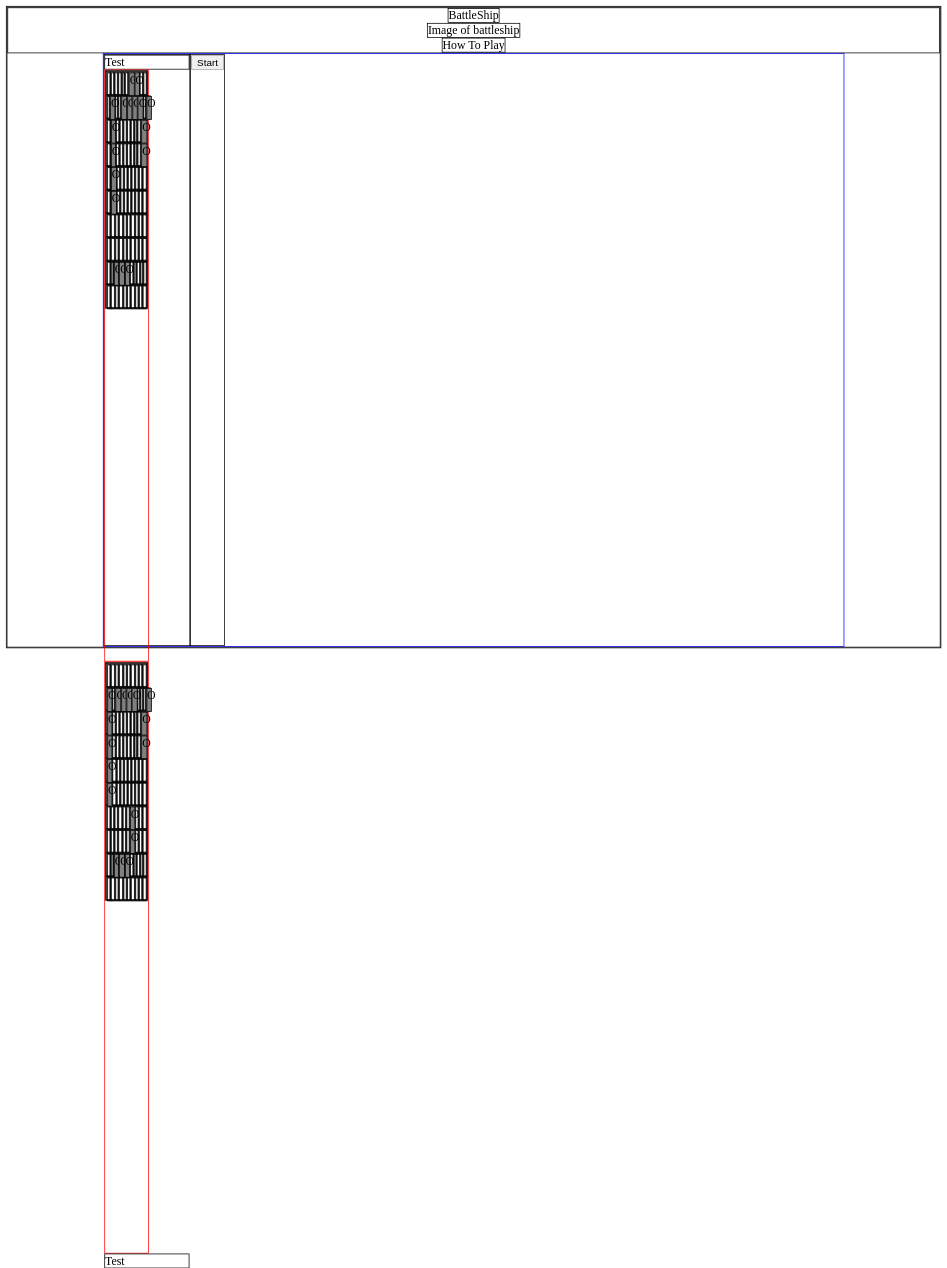
Repository: J-Haze/BattleshipApp
Page: /
An editor plug-in stored every save of this project. The page is shown before and after the next save, followed by the edit.
The browser window is 1280 px wide. The pictures show the whole page, at 74% of full size.
The project was rebuilt for these pictures with package versions that can differ from the ones it lists, and the page was loaded fresh each time. Also part of the build but not shown: src/index.css.

Above is the page before, as saved 2020-09-23 07:44:28.

After the next save:
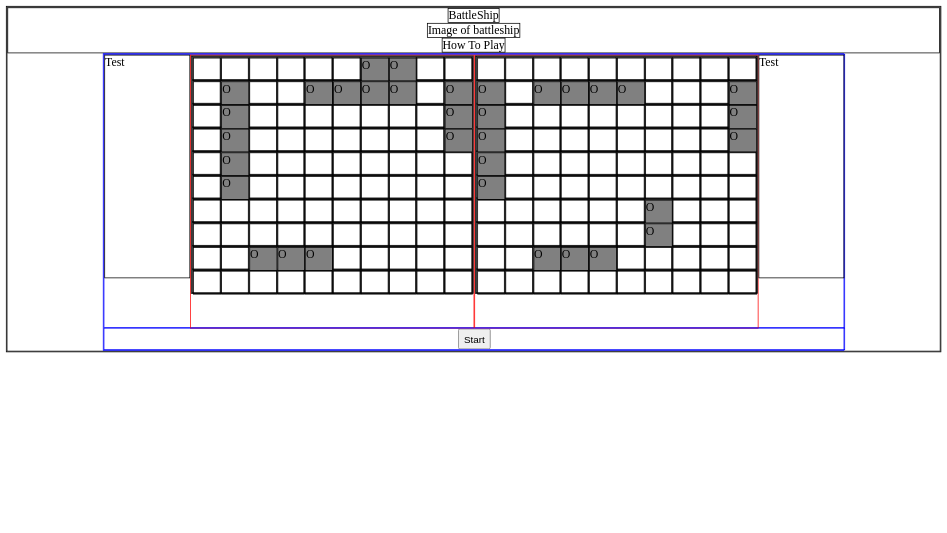
Saved 55 s later.
--- a/src/App.css
+++ b/src/App.css
@@ -24,8 +24,9 @@ div {
 
 #game{
     width: 1000px;
-    height: 800px;
+    height: 400px;
     display: flex;
+    flex-direction: column;
     border: 1px solid blue;
     margin-left: auto;
     margin-right: auto;
@@ -77,12 +78,30 @@ div {
     width: 100%;
 }
 
-.top-row{
+#top-row{
     display: flex;
-        width: 1000px;
-    height: 800px;
-    display: flex;
+    width: 1000px;
+    height: 400px;
     border: 1px solid blue;
     margin-left: auto;
     margin-right: auto;
 }
+
+#bottom-row{
+    display: flex;
+    width: 1000px;
+    height: 30px;
+    border: 1px solid blue;
+    margin-left: auto;
+    margin-right: auto;
+}
+
+#start-button{
+        margin-left: auto;
+    margin-right: auto;
+}
+
+.fleet{
+    height: 300px;
+    width: 150px;
+}
